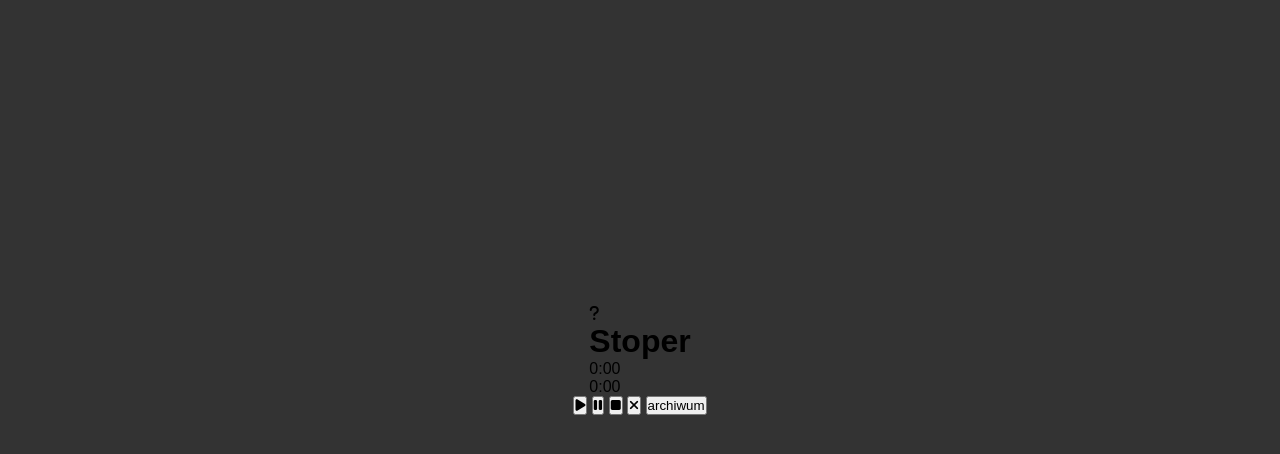
Repository: KrzysKolo/Projekt-5_Stoper
Page: index.html
The author's editor kept a copy of each file at every save. The page is drawn from the files as they stood at one save, then again after the next save.
The browser window is 1280 px wide. The pictures show the whole page.
Some web fonts or font styles are not loaded; a fallback is used. Some web libraries are served in a nearby version.

Above is the page before, as saved 2020-07-05 13:29:05.

After the next save:
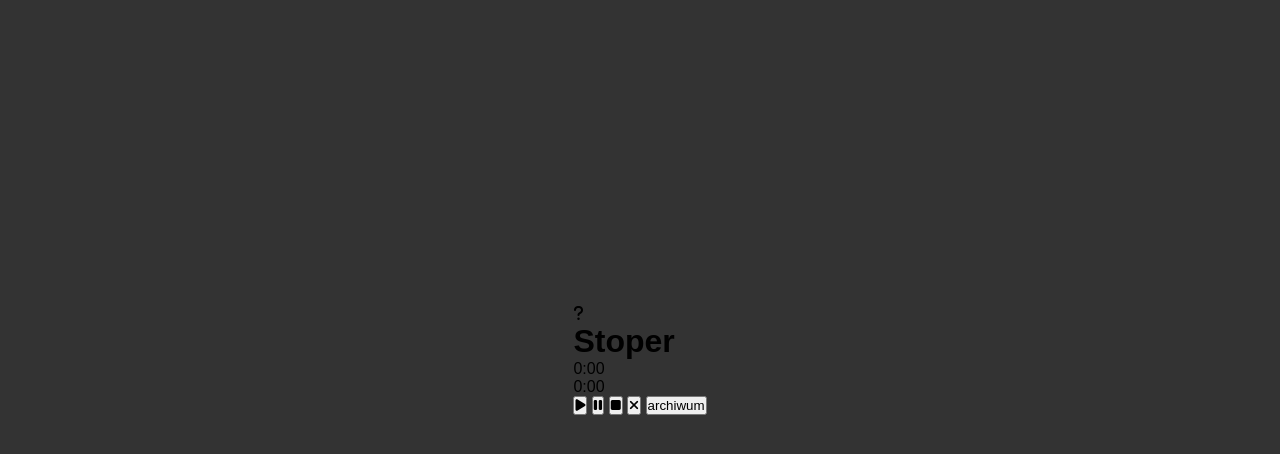
Saved 2 min 23 s later.
--- a/index.html
+++ b/index.html
@@ -22,13 +22,15 @@
       <h1>Stoper</h1>
       <p class="stopwatch">0:00</p>
       <p class="time">0:00</p>
-    </div>
-    <div class="buttons">
-      <button class="start"><i class="fas fa-play"></i></button>
-      <button class="pouse"><i class="fas fa-pause"></i></button>
-      <button class="stop"><i class="fas fa-stop"></i></button>
-      <button class="restart"><i class="fas fa-times"></i></button>
-      <button class="history">archiwum</button>
+
+      <div class="buttons">
+        <button class="start"><i class="fas fa-play"></i></button>
+        <button class="pouse"><i class="fas fa-pause"></i></button>
+        <button class="stop"><i class="fas fa-stop"></i></button>
+        <button class="restart"><i class="fas fa-times"></i></button>
+        <button class="history">archiwum</button>
+      </div>
+      <ul class="time-list"></ul>
     </div>
     <script src="./js/index.js"></script>
   </body>
